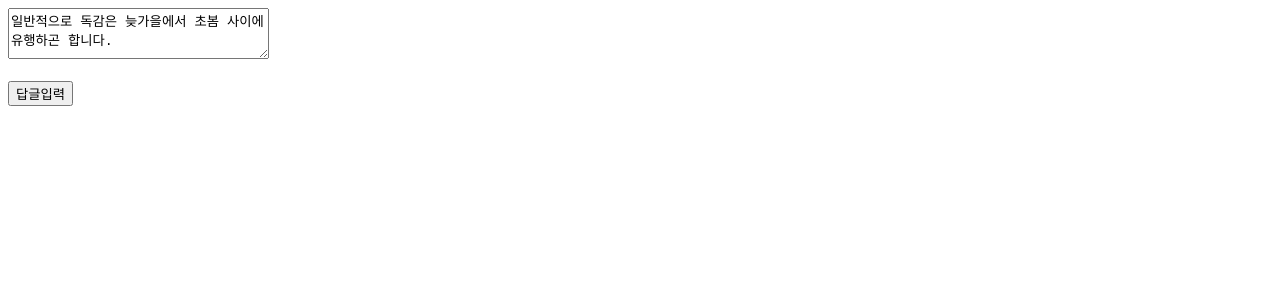
Repository: suhong99/JqueryLecture
Page: sample02/src/main/webapp/index.html
These files come from the project's save history. The page is drawn as it stood at one moment and after the next save; the edit follows.
The browser window is 1280 px wide. The pictures show the whole page.
After loading, the first visible `#answer` was clicked once.

Above is the page before, as saved 2023-06-26 04:12:08.

After the next save:
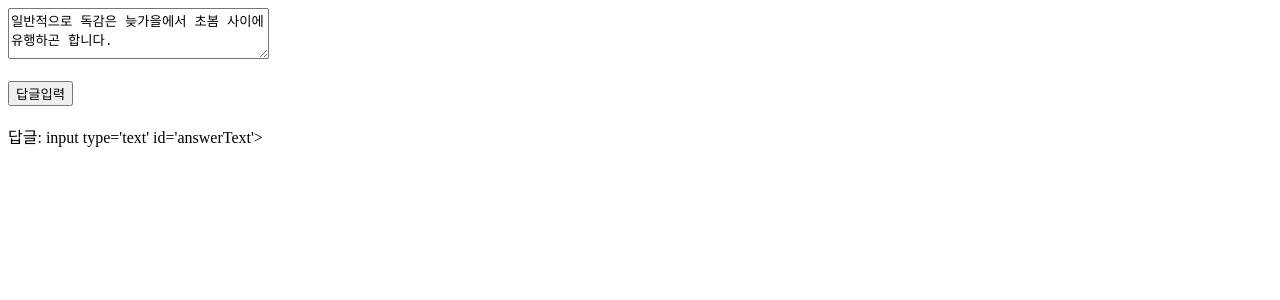
Saved 49 s later.
--- a/sample02/src/main/webapp/index.html
+++ b/sample02/src/main/webapp/index.html
@@ -25,7 +25,7 @@
 $(document).ready(function(){
 	$("#answer").click(function(){
 		let input= "<br>답글: input type='text' id='answerText'>";
-		$("answerForm").append(input);
+		$("#answerForm").append(input);
 	})
 });
 </script>
